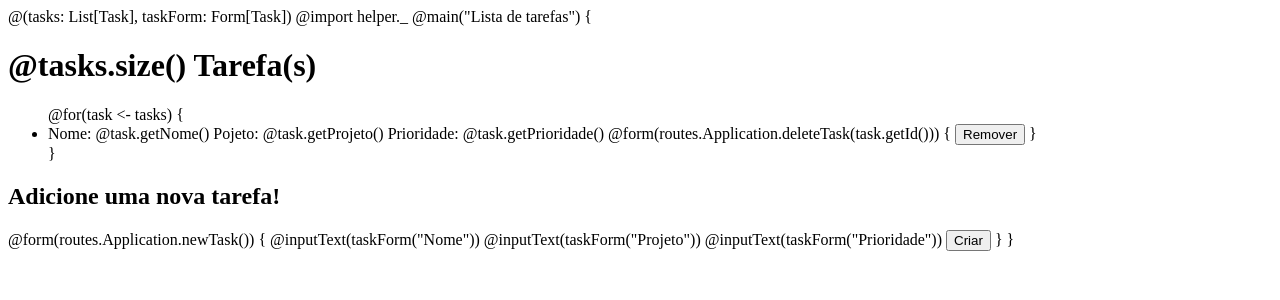
Repository: lcavalcante/si1
Page: lab2/.target/views/index.scala.html
An editor plug-in stored every save of this project. The page is shown before and after the next save, followed by the edit.
The browser window is 1280 px wide. The pictures show the whole page.

Above is the page before, as saved 2013-11-27 00:25:32.

### lab2/.target/views/index.scala.html
@(tasks: List[Task], taskForm: Form[Task])

@import helper._

@main("Lista de tarefas") {

    <h1>@tasks.size() Tarefa(s)</h1>

    <ul>
        @for(task <- tasks) {
            <li>
                Nome: @task.getNome() Pojeto: @task.getProjeto() Prioridade: @task.getPrioridade()

                @form(routes.Application.deleteTask(task.getId())) {
                    <input type="submit" value="Remover">
                }
            </li>
        }
    </ul>

    <h2>Adicione uma nova tarefa!</h2>

    @form(routes.Application.newTask()) {

        @inputText(taskForm("Nome"))
        @inputText(taskForm("Projeto"))
        @inputText(taskForm("Prioridade"))

        <input type="submit" value="Criar">

    }

}

After the next save:
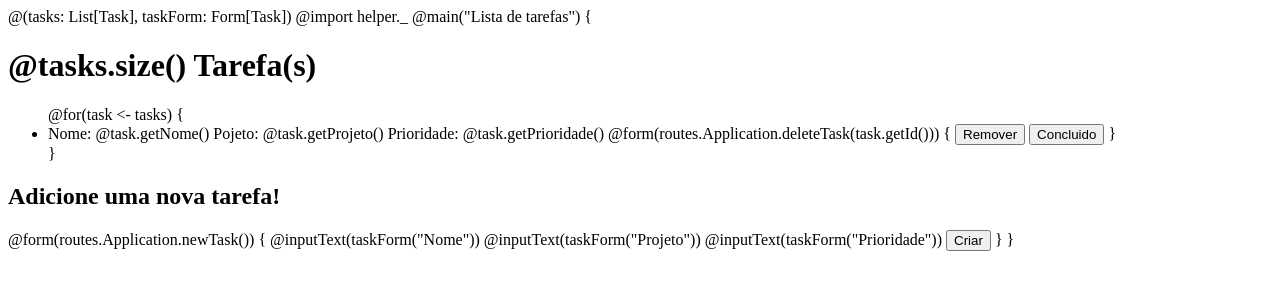
Saved 55 s later.
--- a/lab2/.target/views/index.scala.html
+++ b/lab2/.target/views/index.scala.html
@@ -13,6 +13,7 @@
 
                 @form(routes.Application.deleteTask(task.getId())) {
                     <input type="submit" value="Remover">
+                    <input type="submit" value="Concluido">
                 }
             </li>
         }
